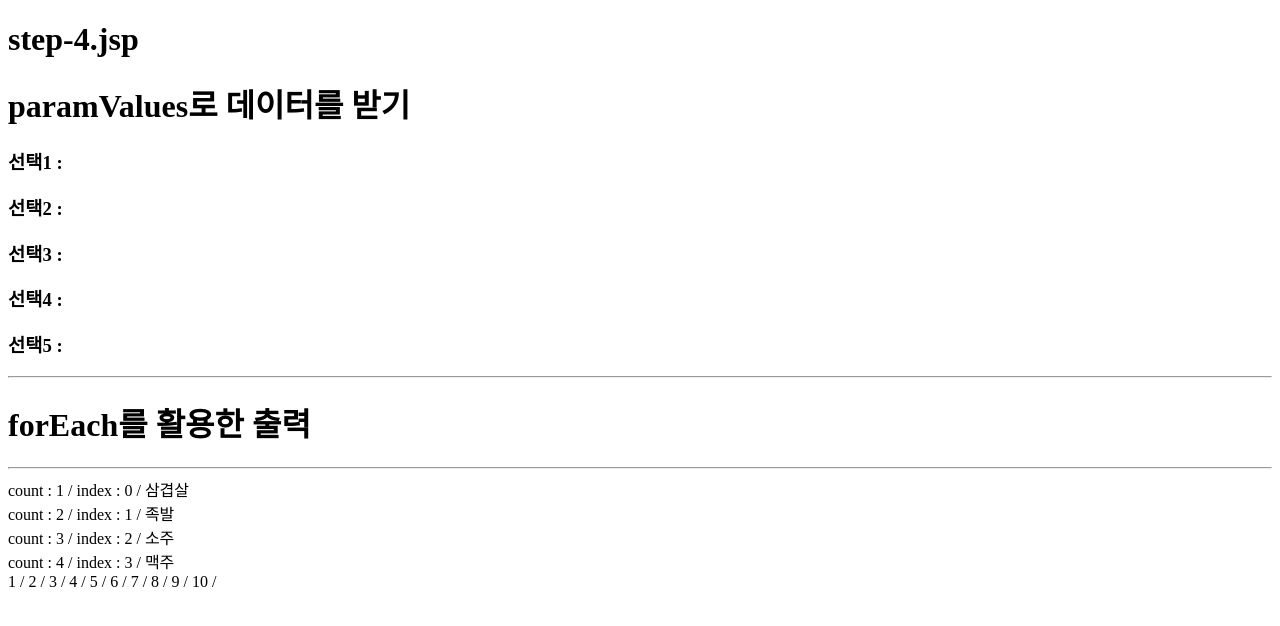
Repository: dtkd19/jsp-jstl_241021
Page: http://localhost/jstl_study/step-4.jsp
An editor plug-in stored every save of this project. The page is shown before and after the next save, followed by the edit.
The browser window is 1280 px wide. The pictures show the whole page.
The page is served by Tomcat 9.

Above is the page before, as saved 2024-10-21 05:39:39.

After the next save:
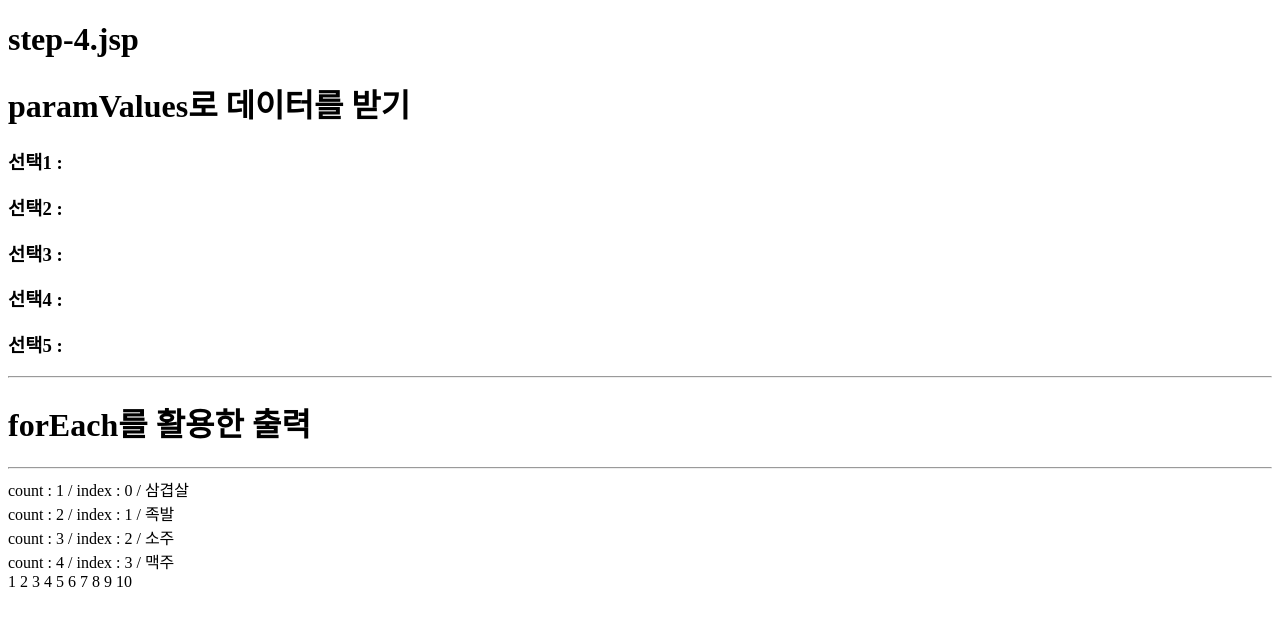
Saved 26 s later.
--- a/jstl_study/src/main/webapp/step-4.jsp
+++ b/jstl_study/src/main/webapp/step-4.jsp
@@ -41,7 +41,7 @@
 	<!-- begin="시작숫자" end="끝숫자" var="저장변수" -->
 
 	<c:forEach begin="1" end="10" var="i">
-	${i } /
+	${i }
 	</c:forEach>
 
 
